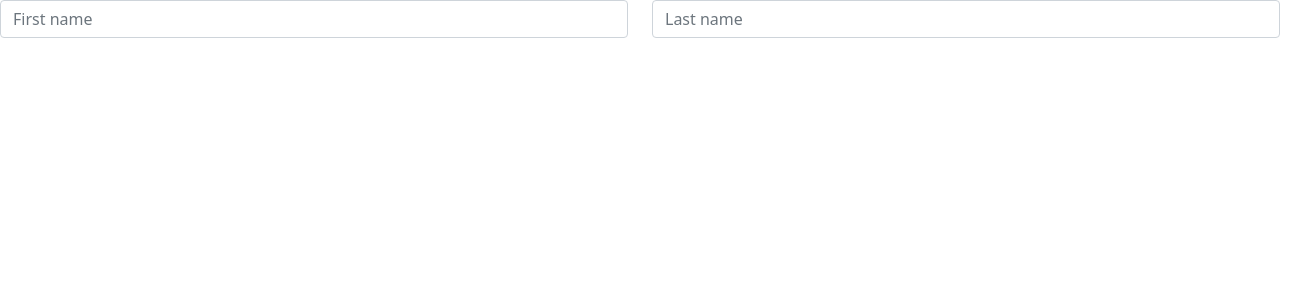
Repository: dilaraozdem1r/BooksApp
Page: /
An editor plug-in stored every save of this project. The page is shown before and after the next save, followed by the edit.
The browser window is 1280 px wide. The page is 1292 px wide, so the pictures cover 1292 px, including what lies to the right of the window. The pictures show the whole page.
The project was rebuilt for these pictures with package versions that can differ from the ones it lists, and the page was loaded fresh each time.

Above is the page before, as saved 2021-08-04 18:13:19.

After the next save:
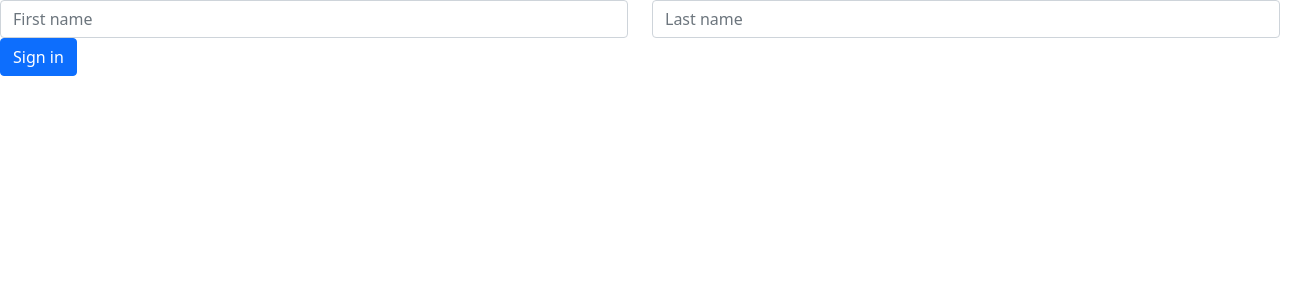
Saved 72 s later.
--- a/src/Components/User.js
+++ b/src/Components/User.js
@@ -1,18 +1,22 @@
 import React from 'react';
 
-class User extends React.Component{
-    render(){
-        return(
+class User extends React.Component {
+    render() {
+        return (
             <div class="row">
-            <div class="col">
-              <input type="text" class="form-control" placeholder="First name" aria-label="First name"/>
+                <div class="col">
+                    <input type="text" class="form-control" placeholder="First name" aria-label="First name" />
+                </div>
+                <div class="col">
+                    <input type="text" class="form-control" placeholder="Last name" aria-label="Last name" />
+                </div>
+                <div class="col-12">
+                    <button type="submit" class="btn btn-primary">Sign in</button>
+                </div>
             </div>
-            <div class="col">
-              <input type="text" class="form-control" placeholder="Last name" aria-label="Last name"/>
-            </div>
-          </div>
 
-        )}
+        )
+    }
 
 }
 export default User;
